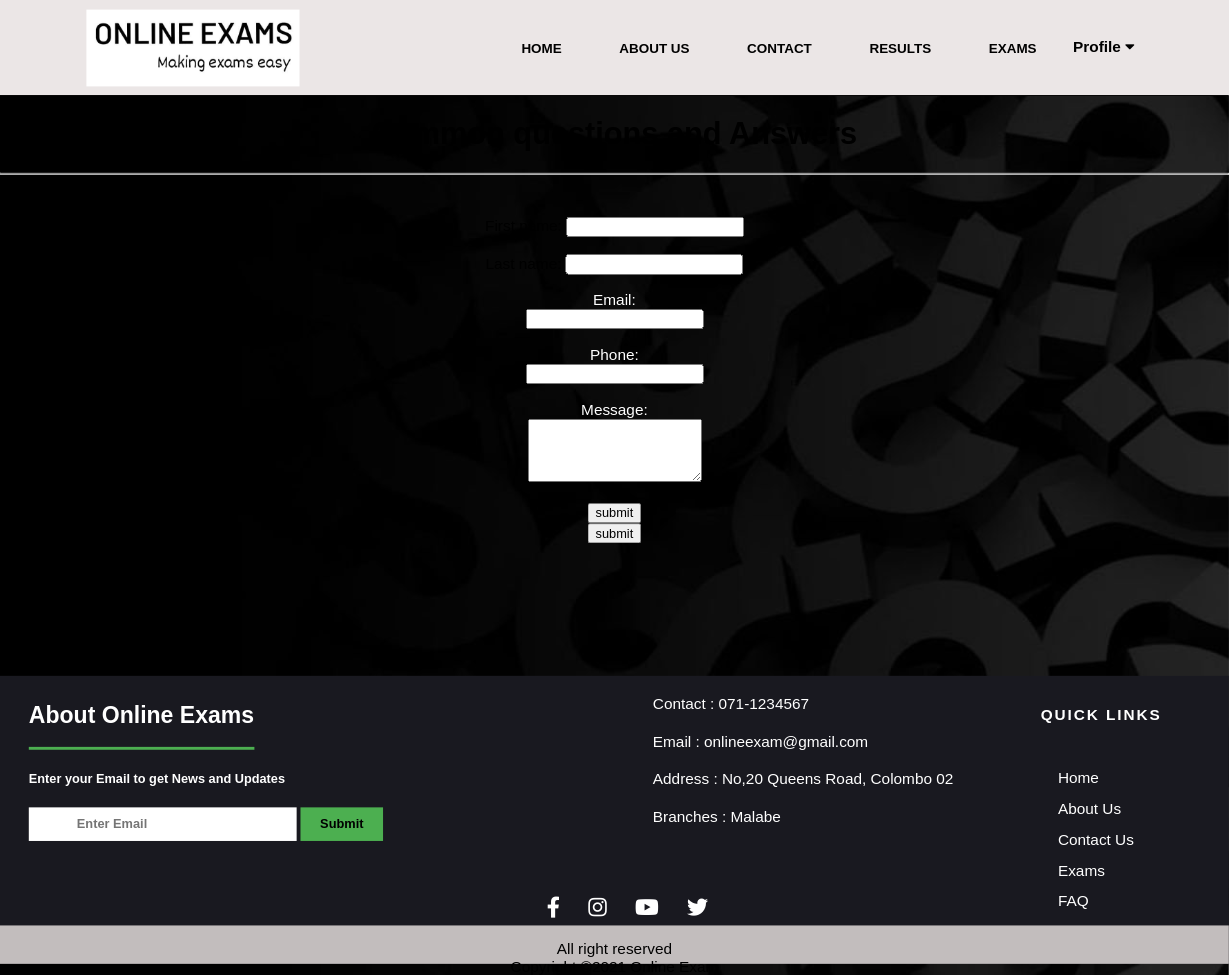
Repository: Isurinda-Shamika/online-exam
Page: http://localhost/online_exam/faq.jsp
These files come from the project's save history. The page is drawn as it stood at one moment and after the next save; the edit follows.
The browser window is 1280 px wide. The pictures show the whole page, at 96% of full size.
Some web libraries are served in a nearby version. The page is served by Tomcat 9. Nobody is signed in. The application's start-up code is not run.

Above is the page before, as saved 2022-11-09 09:37:06.

After the next save:
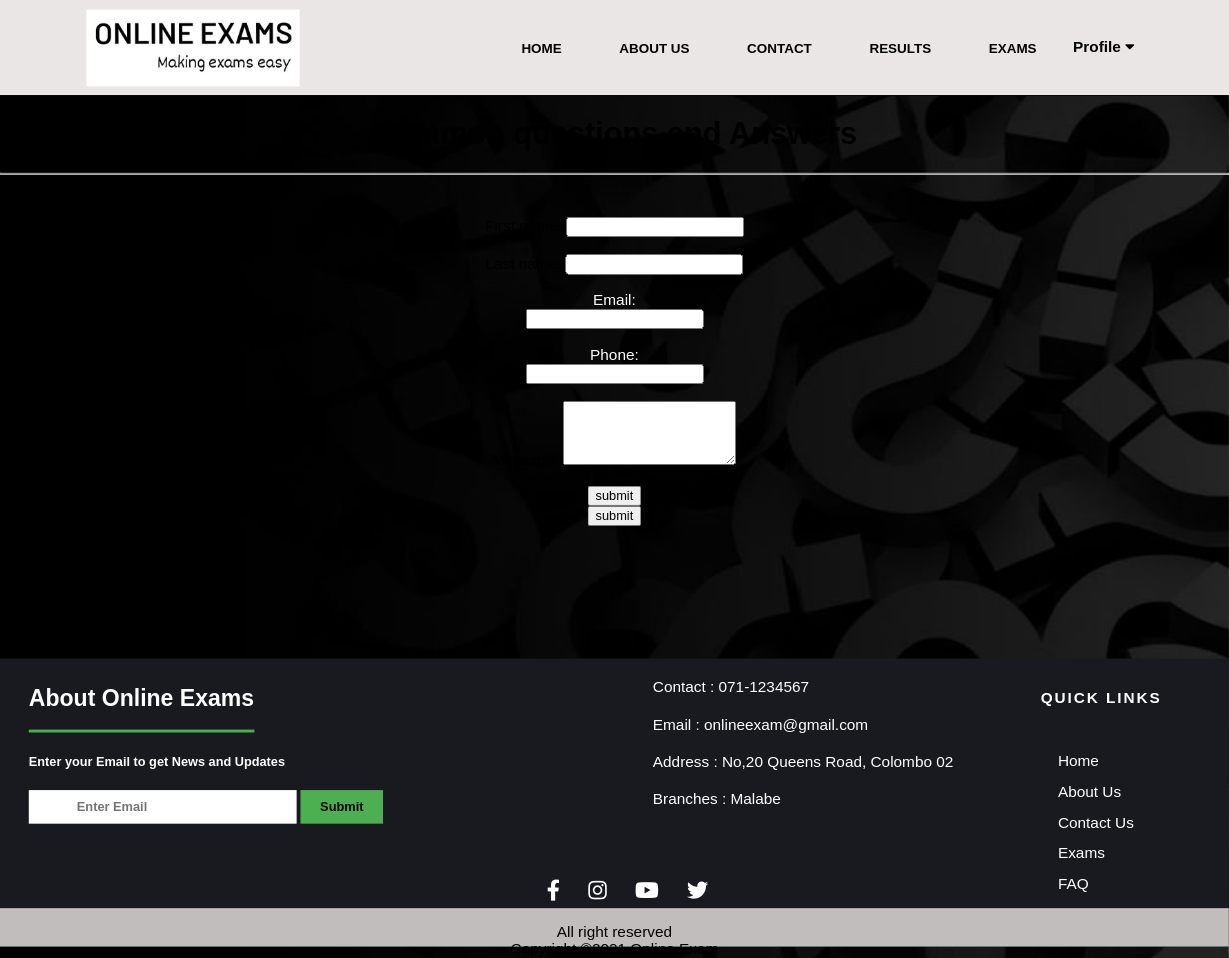
Saved 6 min 39 s later.
--- a/online exam/src/main/webapp/faq.jsp
+++ b/online exam/src/main/webapp/faq.jsp
@@ -59,7 +59,7 @@
                 <input type="text" name="email" required><br><br>
                 <font color="white">Phone:</font><br>
                 <input type="text" name="phone" pattern="[0-]{10}" title ="Enter 10 digits"required ><br><br>
-                <font color="white">Message:</font><br>
+                <label>Message:</label>
                 <textarea rows="4" name="msg" cols="20"></textarea><br><br>
 
                 <input type="submit" value="submit">
